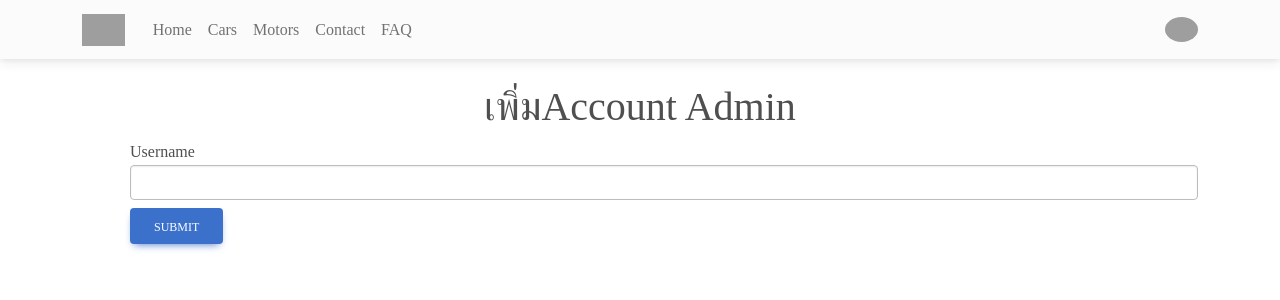
Repository: armychawakorn/Rent4U-Java
Page: http://localhost/miniproject/Admin/addusers.jsp
An editor plug-in stored every save of this project. The page is shown before and after the next save, followed by the edit.
The browser window is 1280 px wide. The pictures show the whole page.
Pictures or frames that could not be fetched are drawn as grey boxes. Some web fonts or font styles are not loaded; a fallback is used. Some web libraries are served in a nearby version. The page is served by Tomcat 9.

Above is the page before, as saved 2023-10-28 19:47:54.

After the next save:
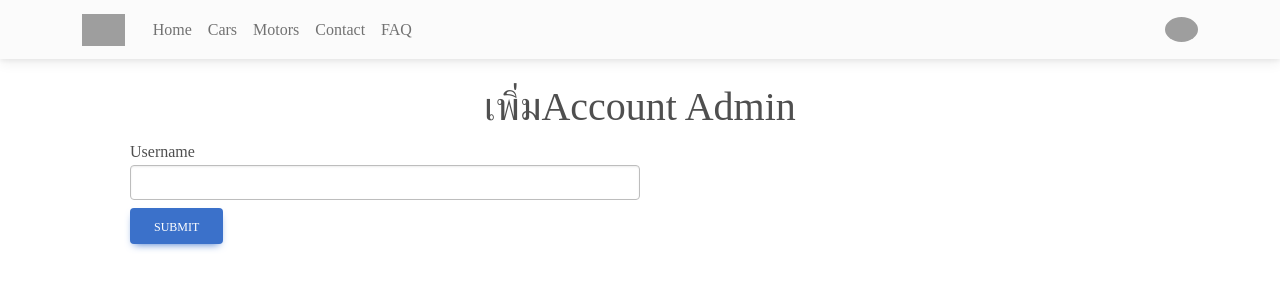
Saved 6 s later.
--- a/miniproject/src/main/webapp/Admin/addusers.jsp
+++ b/miniproject/src/main/webapp/Admin/addusers.jsp
@@ -24,7 +24,7 @@
 		<div class="pt-4 text-center">
 			<h1>เพิ่มAccount Admin</h1>
 		</div>
-		<form action="../Backend/AddUser.jsp" method="POST" class="ps-5 ">
+		<form action="../Backend/AddUser.jsp" method="POST" class="ps-5 w-50">
 			<div class="form-group">
 				<label for="Customer">Username</label>
 				<input type="text" id="username" name="username" class="form-control">

After the save that followed:
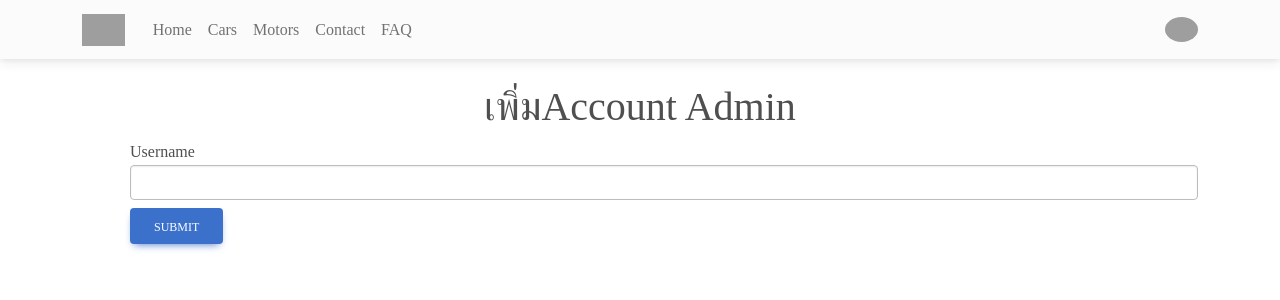
Saved 11 s later.
--- a/miniproject/src/main/webapp/Admin/addusers.jsp
+++ b/miniproject/src/main/webapp/Admin/addusers.jsp
@@ -24,7 +24,7 @@
 		<div class="pt-4 text-center">
 			<h1>เพิ่มAccount Admin</h1>
 		</div>
-		<form action="../Backend/AddUser.jsp" method="POST" class="ps-5 w-50">
+		<form action="../Backend/AddUser.jsp" method="POST" class="ps-5">
 			<div class="form-group">
 				<label for="Customer">Username</label>
 				<input type="text" id="username" name="username" class="form-control">
